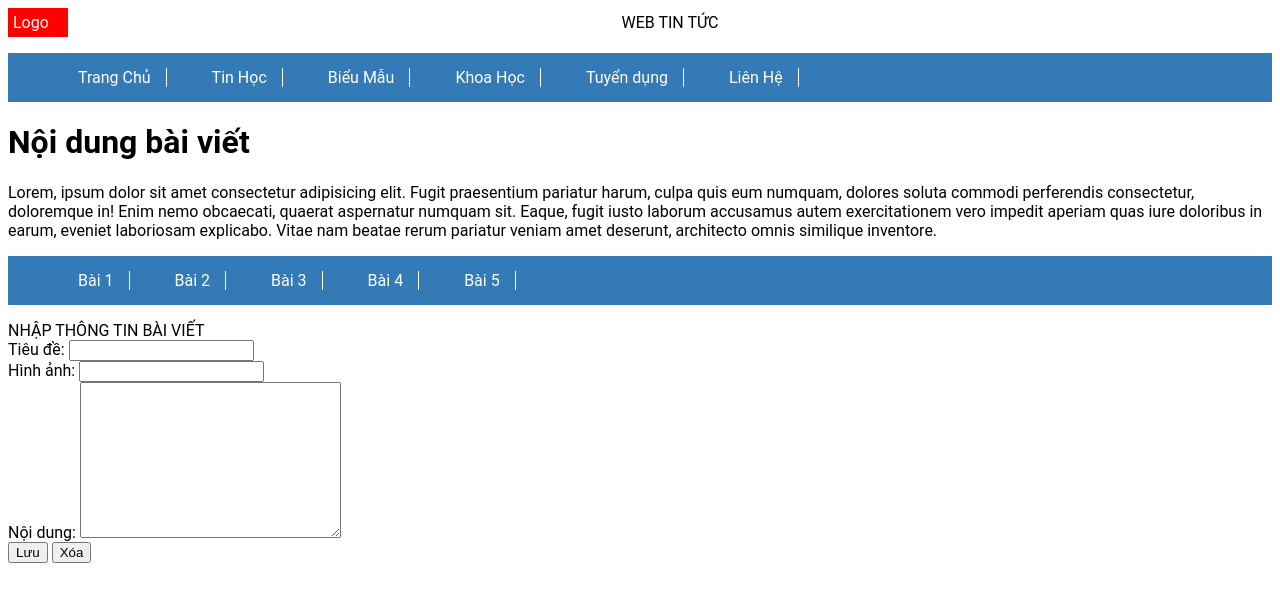
Repository: AnhDuc0125/HTML-Aptech
Page: bt2217/index.html
These files come from the project's save history. The page is drawn as it stood at one moment and after the next save; the edit follows.
The browser window is 1280 px wide. The pictures show the whole page.

Above is the page before, as saved 2021-12-25 12:42:47.

After the next save:
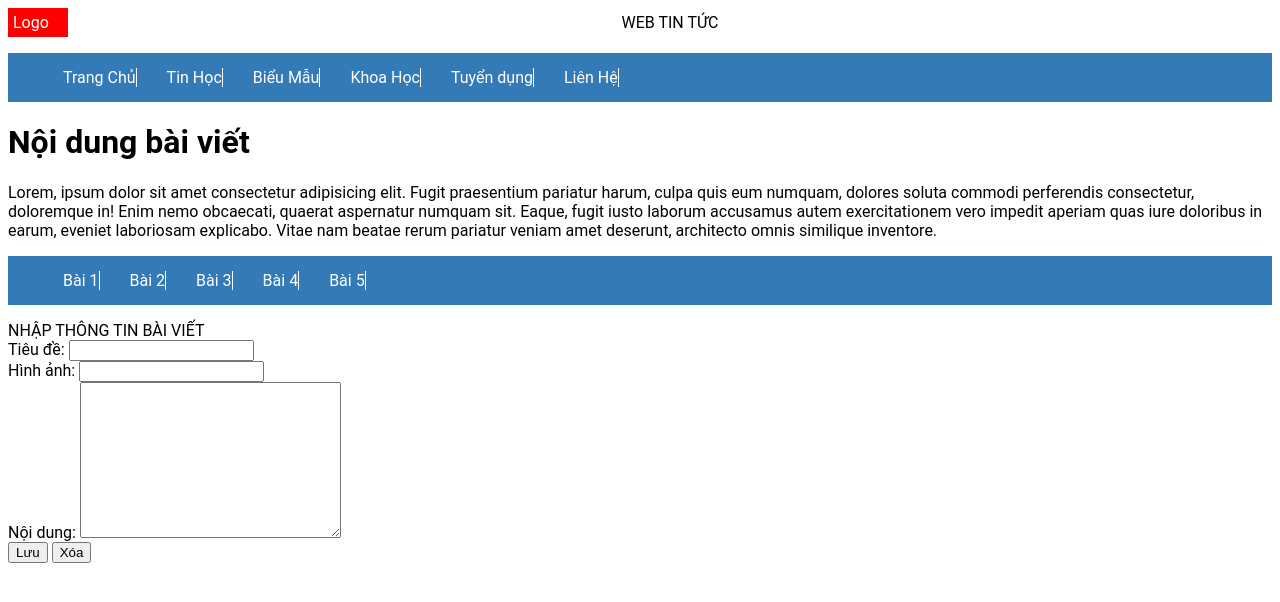
Saved 24 s later.
--- a/bt2217/style.css
+++ b/bt2217/style.css
@@ -25,7 +25,7 @@
 }
 
 li {
-    padding: 0px 15px;
+    padding: auto 15px;
     margin: 15px;
     color: white;
     border-right: solid 0.5px white;

After the save that followed:
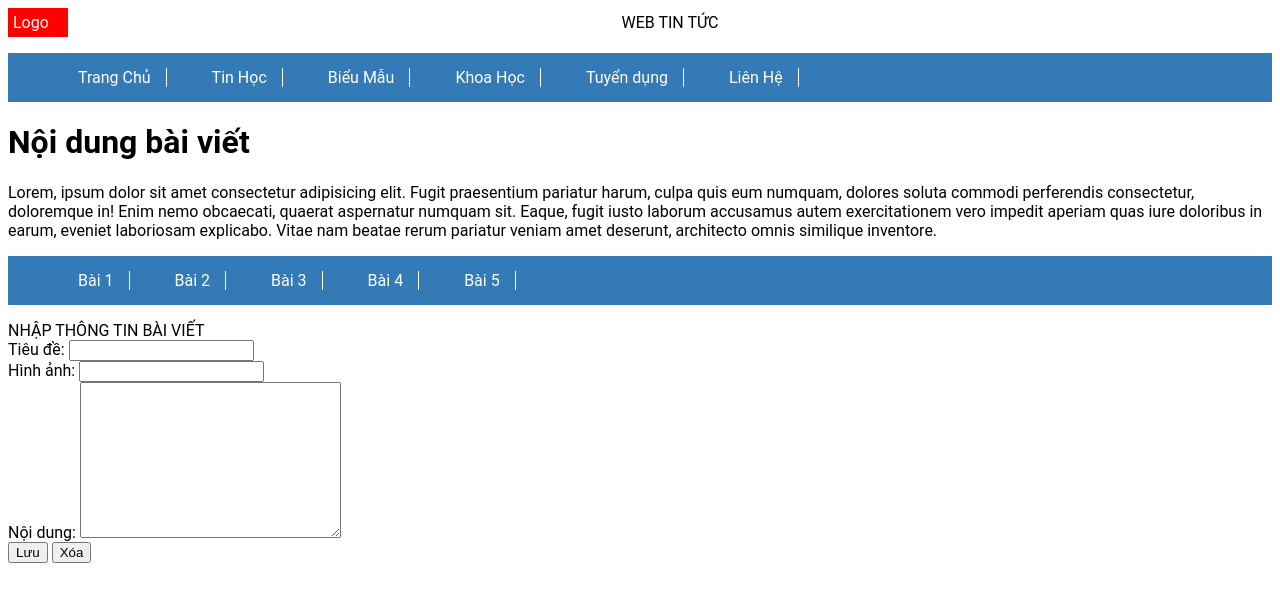
Saved 10 s later.
--- a/bt2217/style.css
+++ b/bt2217/style.css
@@ -25,7 +25,7 @@
 }
 
 li {
-    padding: auto 15px;
+    padding: 0px 15px;
     margin: 15px;
     color: white;
     border-right: solid 0.5px white;
